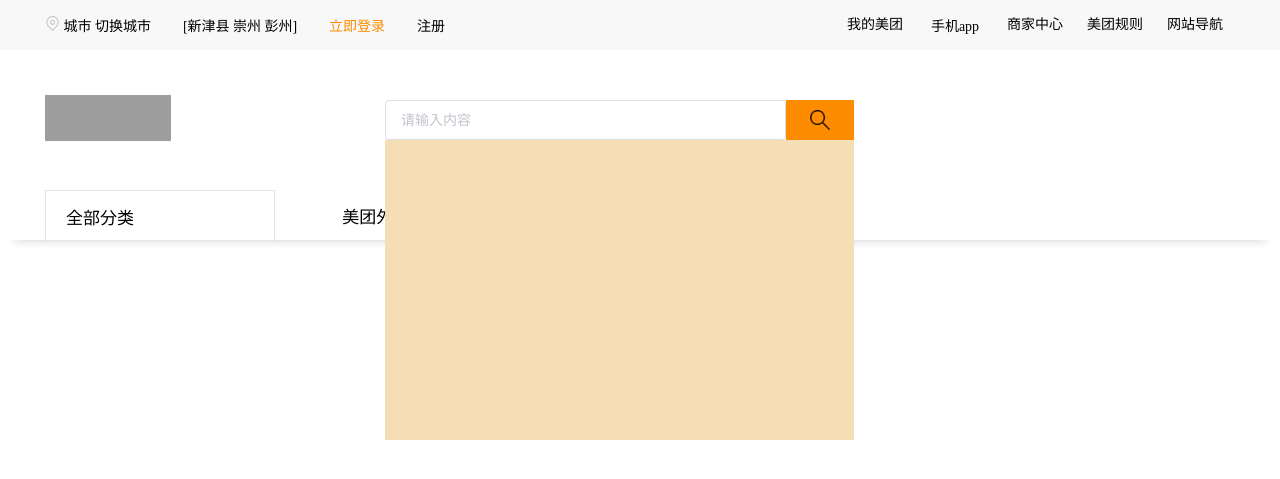
Repository: jinggegeZ/-
Page: /
These files come from the project's save history. The page is drawn as it stood at one moment and after the next save; the edit follows.
The browser window is 1280 px wide. The pictures show the whole page.
Pictures or frames that could not be fetched are drawn as grey boxes. The page's requests for data from a server got no answer. The project was rebuilt for these pictures with package versions that can differ from the ones it lists, and the page was loaded fresh each time. No one was signed in, and anything a server would have sent is missing. Also part of the build but not shown: vue.config.js.

Above is the page before, as saved 2020-08-20 14:39:45.

After the next save:
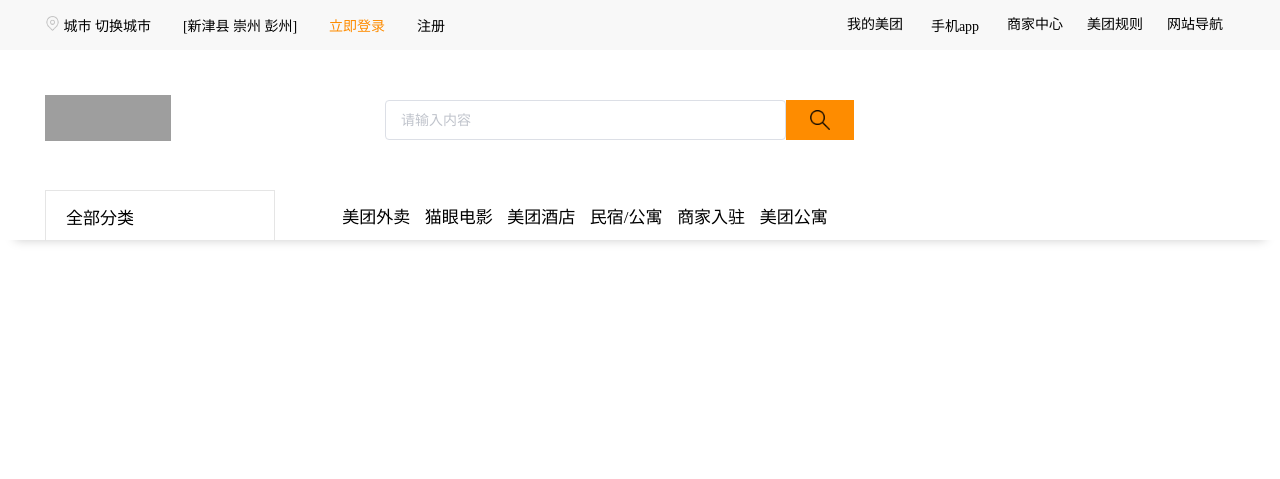
Saved 38 s later.
--- a/src/components/Navigation/Navigation.vue
+++ b/src/components/Navigation/Navigation.vue
@@ -10,7 +10,7 @@
       <div class="nav1input">
         <div class="nav1input">
         <el-input v-model="keyword" placeholder="请输入内容" @input="change"></el-input>
-        <div class="nav1input1box">
+        <div class="nav1input1box" v-if="arr.length > 0 ">
           <div class="item" v-for="(item,index ) in arr" :key="index"> {{item.name}}</div>
         </div>
         </div>
